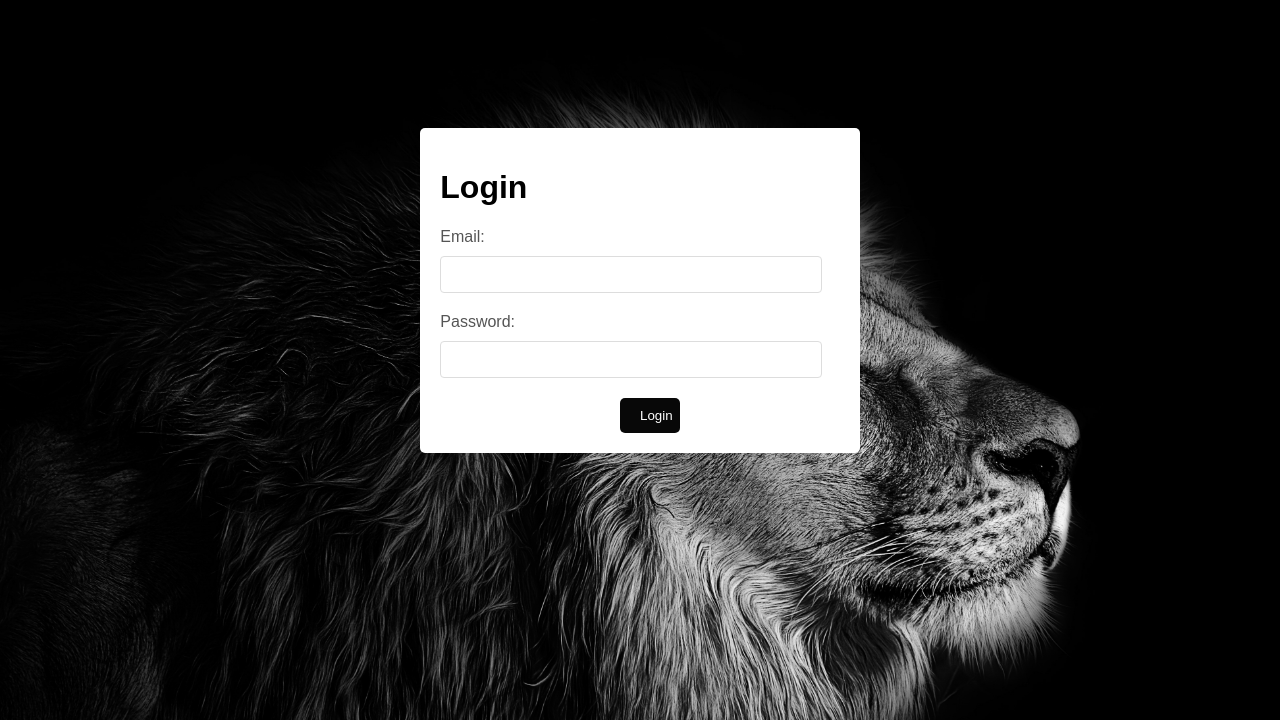
Repository: TemoshoS/User-Profile
Page: http://localhost/login
These files come from the project's save history. The page is drawn as it stood at one moment and after a run of saves; the edit follows.
The browser window is 1280 px wide. The pictures show the whole page.
The page is served by the project's Node server (app.js).

Above is the page before, as saved 2023-08-02 09:04:51.

After the next 2 saves:
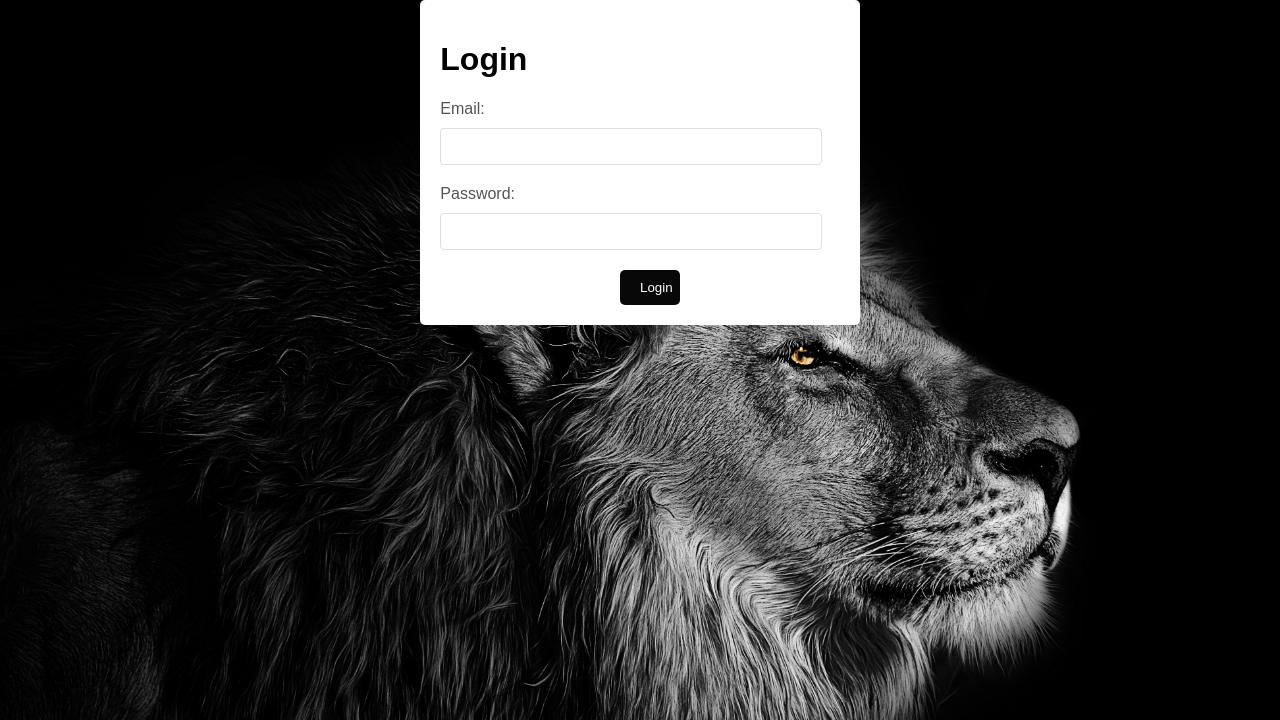
The 2 saves are shown as one change because they came seconds apart.
The last was saved 18 s later.
--- a/public/style.css
+++ b/public/style.css
@@ -13,8 +13,6 @@
 
 
 form {
-  margin-top: 10%;
-
   padding: 20px;
   width: 31.2%;
   background-color: #fff;

After the 2 saves that followed:
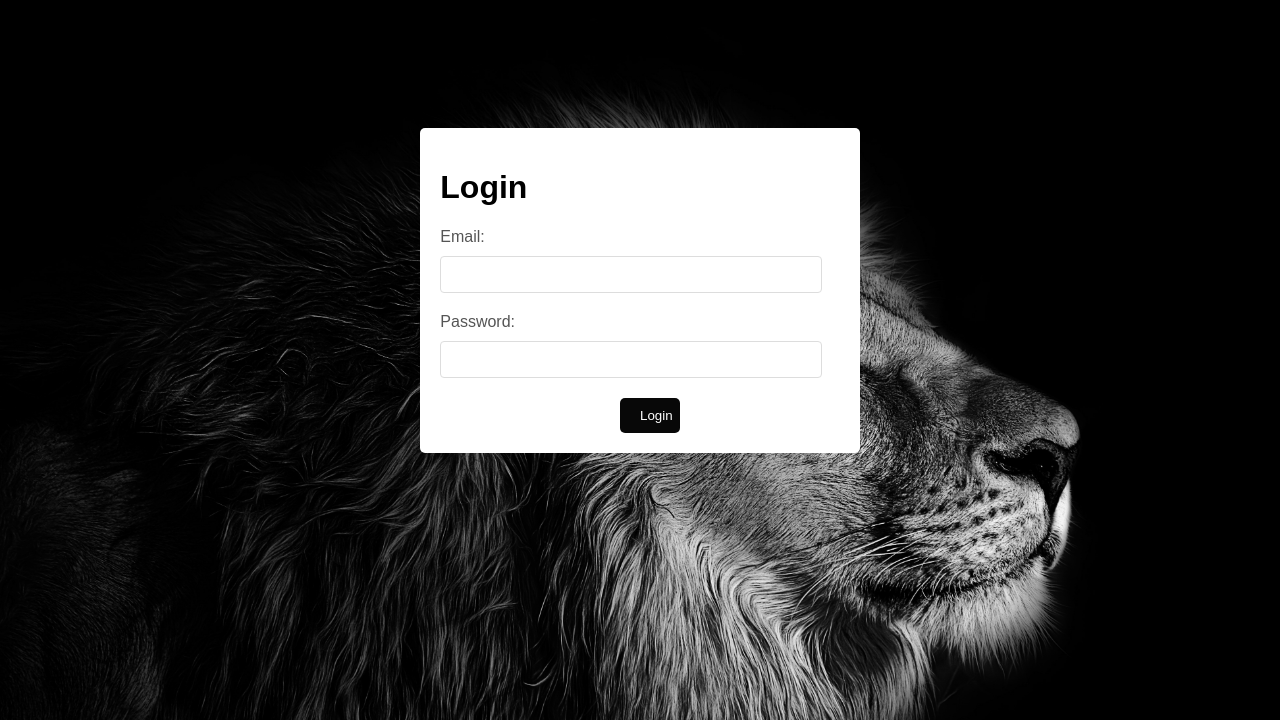
The 2 saves are shown as one change because they came seconds apart.
The last was saved 9 s later.
--- a/public/style.css
+++ b/public/style.css
@@ -13,6 +13,8 @@
 
 
 form {
+  margin-top: 10%;
+
   padding: 20px;
   width: 31.2%;
   background-color: #fff;
